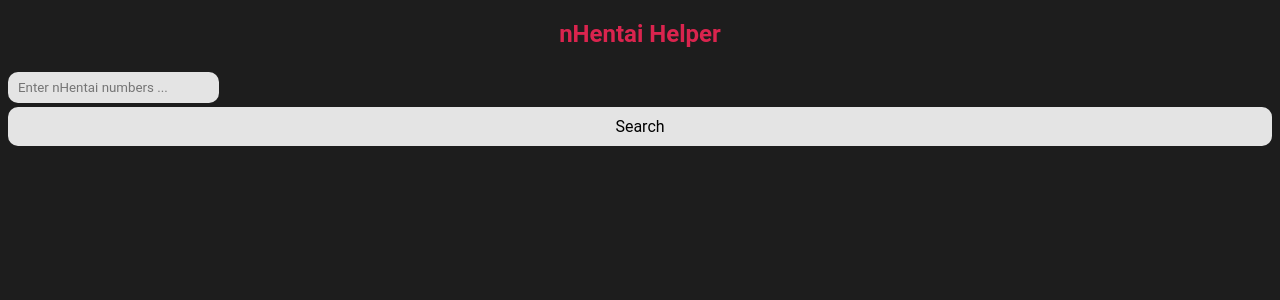
Repository: Lizadking/nHentai_Helper
Page: Mainpop.html
The author's editor kept a copy of each file at every save. The page is drawn from the files as they stood at one save, then again after a run of saves.
The browser window is 1280 px wide. The pictures show the whole page.

Above is the page before, as saved 2021-08-06 23:19:19.

### Mainpop.html
<!DOCTYPE html>
<!DOCTYPE html>
<html lang="en">
<head>
    <meta charset="UTF-8">
    <meta http-equiv="X-UA-Compatible" content="IE=edge">
    <meta name="viewport" content="width=device-width, initial-scale=1.0">
    <link rel="stylesheet" href="mainStylesheet.css">
    <title>nHentai Helper</title>
</head>
<body>
    <div class="container">
        <h2>
            nHentai Helper
        </h2>
        <form name = "nHentaiHelper">
            <input type = "text" id="tag" name = "ntag" placeholder="Enter nHentai numbers ...">

            <input type="submit" value="Search", id = "submission">

        </form>
    </div>
    <!--enter script here-->
    <script src = "mainsrc.js"></script>
</body>
</html>

### mainStylesheet.css
h2
{
    color:#ed2553e8;
    text-align: center;
    font-family: 'Roboto', sans-serif;

}
body
{
    background-color: #1d1d1d;
}
[type=text]
{
    padding: 8px 10px;
    border: 0;
    background-color:rgb(228, 228, 228);
    font-family: 'Roboto', sans-serif;
    color:#535353e8;
    margin:4px 0;
    border-radius:10px;
}
#placeholder
{
    font-family: 'Roboto', sans-serif;
    color:rgb(228, 228, 228);
    border-radius:10px;

}
input[type=button],input[type=submit]
{
    padding: 10px;
    width: 100%;
    border-radius:10px;
    border: 0;
    background-color: rgb(228, 228, 228);
    font-family: 'Roboto', sans-serif;
    text-align: center;
    font-size: 16px;
}

.submission
{
    text-align: center;
}

### mainsrc.js




/*
document.addEventListener('DOMContentLoaded', function () {
    var btn = document.getElementById('submit');

    btn.addEventListener('click', function()
    {
        let defaultUrl= "https://nhentai.net/g/"
        let from = document.forms.nHentaiHelper;
        let elm = from.elements.ntag;
        let strElm = String(elm.value);
        console.log(strElm);
        let finalUrl = defaultUrl+=strElm+"/";
        chrome.tabs.create({ url: finalUrl})

    });
}  );
*/

document.getElementById('submission').addEventListener('click',function()
    {
        let defaultUrl= "https://nhentai.net/g/"
        let from = document.forms.nHentaiHelper;
        let elm = from.elements.ntag;
        let strElm = String(elm.value);
        console.log(strElm);
        let finalUrl = defaultUrl+=strElm+"/";
        //may change this line below
        chrome.tabs.create({url:finalUrl});


    });

After the next 3 saves:
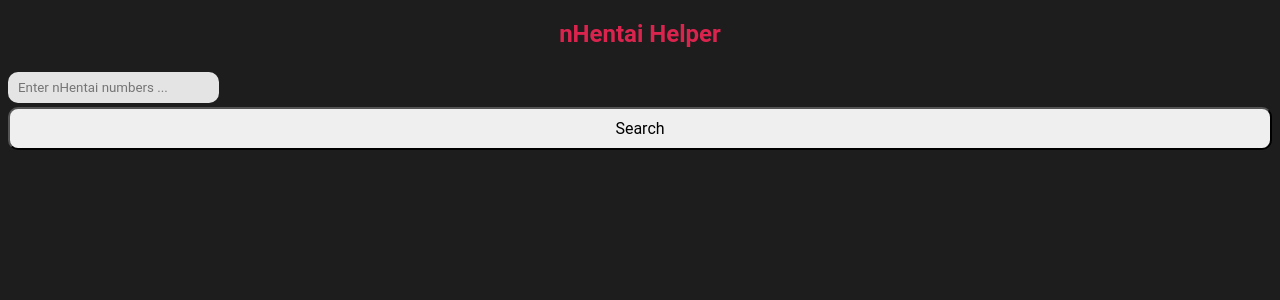
The 3 saves are shown as one change because they came seconds apart.
The last was saved 5 min 3 s later.
--- a/mainStylesheet.css
+++ b/mainStylesheet.css
@@ -31,7 +31,7 @@
     padding: 10px;
     width: 100%;
     border-radius:10px;
-    border: 0;
+    border: 3px solid
     background-color: rgb(228, 228, 228);
     font-family: 'Roboto', sans-serif;
     text-align: center;
